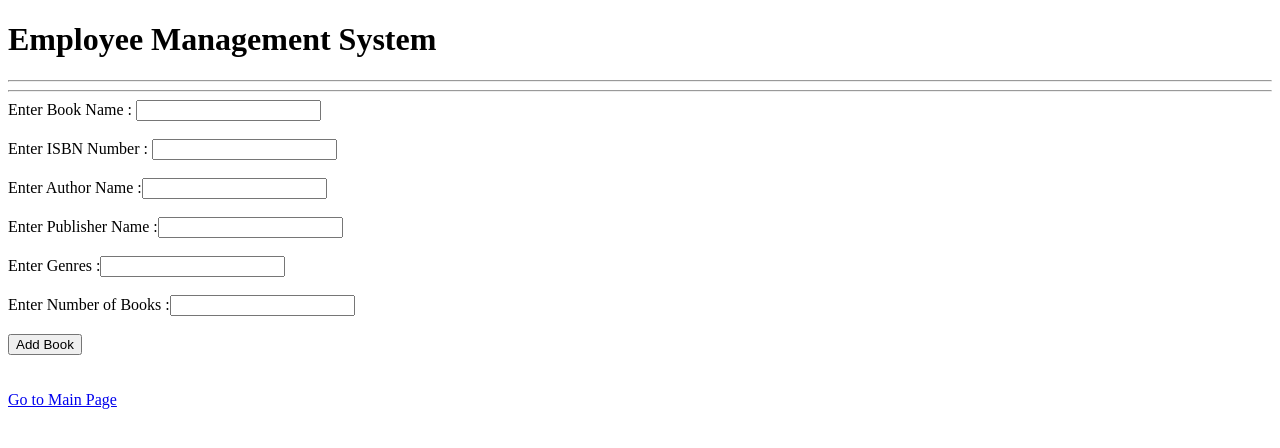
Repository: Sanketh-Binary/Library-Management-System-Spring
Page: http://localhost/InputBookDetails
An editor plug-in stored every save of this project. The page is shown before and after the next save, followed by the edit.
The browser window is 1280 px wide. The pictures show the whole page.
The page is this project's Thymeleaf template; nobody is signed in. The template is opened directly, without the code that normally fills it, so the values that code supplies are empty.

Above is the page before, as saved 2022-08-17 14:03:28.

### lms-spring-group-project/src/main/resources/templates/InputBookDetails.html
<!DOCTYPE html>
<html xmlns:th="https://thymeleaf.org">
<head>
    <meta charset="ISO-8859-1">
    <title>Insert title here</title>
</head>
<body>
<h1>Employee Management System</h1>
<hr>
<hr>
<form action="#" method="post" th:action="@{./saveBook}" th:object="${book}">



    Enter Book Name : <input type="text" th:field="*{bookName}"><br><br>

     Enter ISBN Number : <input type="text" th:field="*{isbnNumber}"><br><br>

    Enter Author Name :<input type="text" th:field="*{authorName}"><br><br>

     Enter Publisher Name :<input type="text" th:field="*{publisherName}"><br><br>


     Enter Genres :<input type="text" th:field="*{bookType}"><br><br>
      Enter Number of Books :<input type="text" th:field="*{bookNumber}"><br><br>


    <input type="submit" value="Add Book">
</form>

<br><br>

<a href="./adminLand">Go to Main Page</a>
</body>
</html>

After the next save:
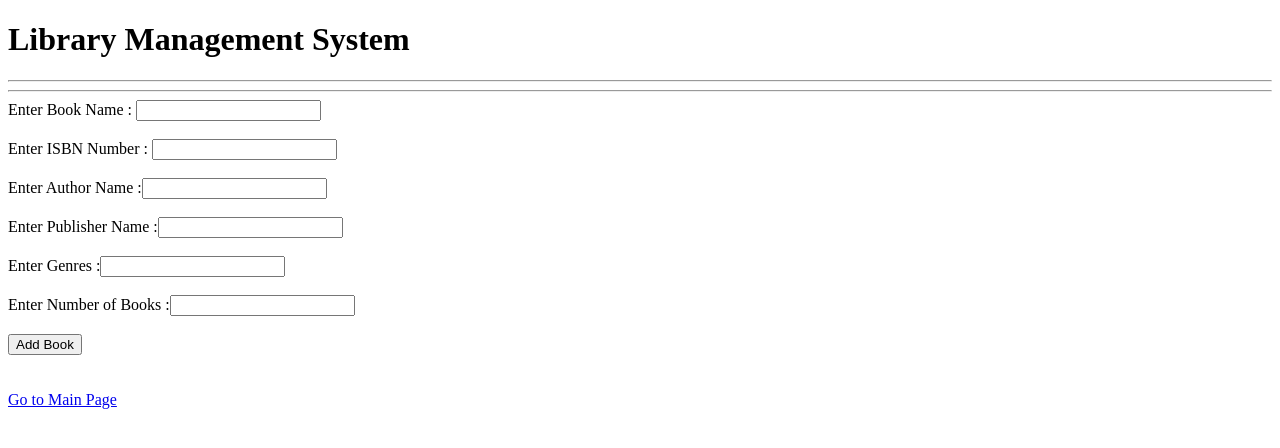
Saved 4 min 26 s later.
--- a/lms-spring-group-project/src/main/resources/templates/InputBookDetails.html
+++ b/lms-spring-group-project/src/main/resources/templates/InputBookDetails.html
@@ -2,10 +2,10 @@
 <html xmlns:th="https://thymeleaf.org">
 <head>
     <meta charset="ISO-8859-1">
-    <title>Insert title here</title>
+    <title>Insert Book Page</title>
 </head>
 <body>
-<h1>Employee Management System</h1>
+<h1>Library Management System</h1>
 <hr>
 <hr>
 <form action="#" method="post" th:action="@{./saveBook}" th:object="${book}">
